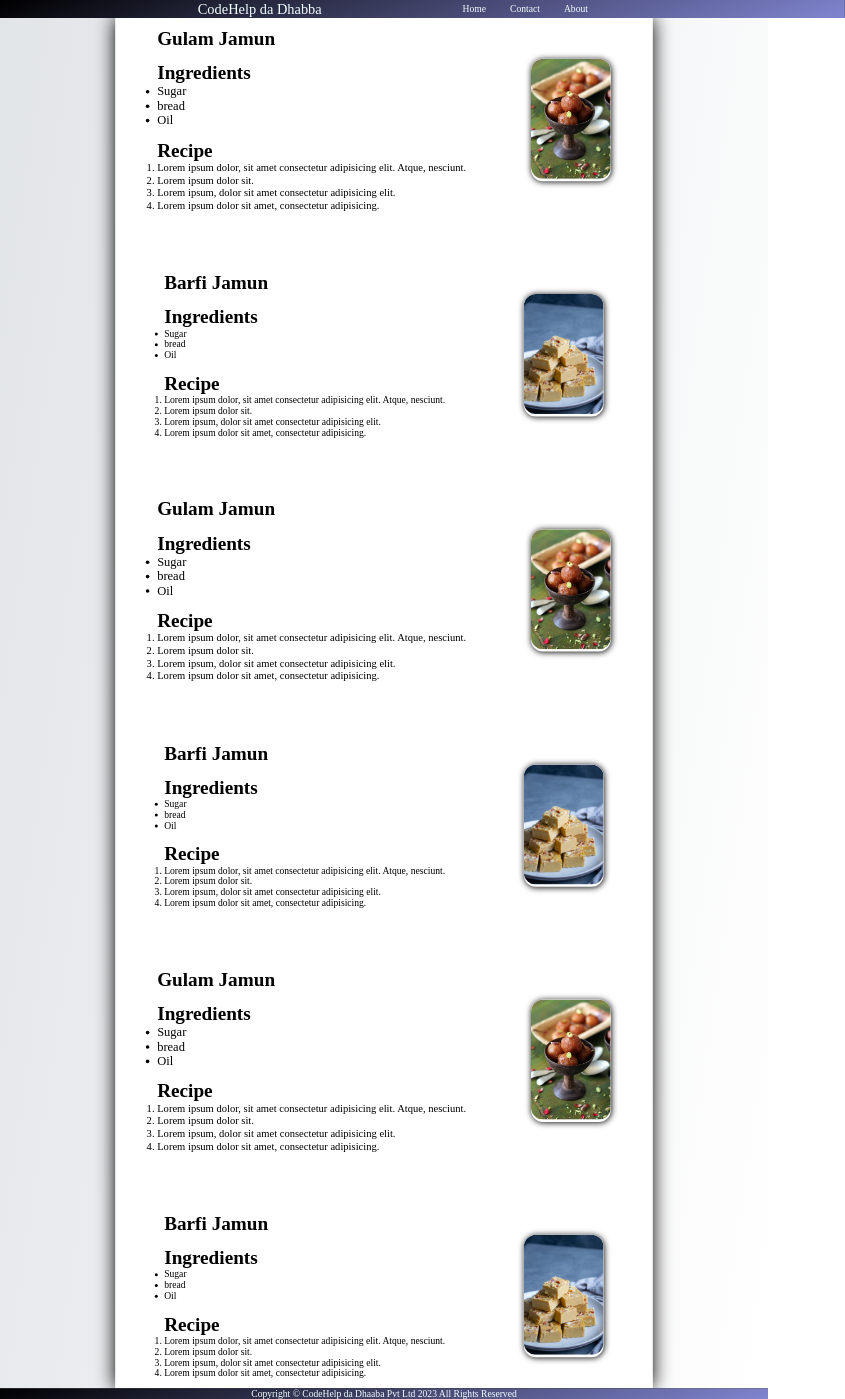
Repository: ssaddamhuss100/Recipe_Html_css
Page: index.html
An editor plug-in stored every save of this project. The page is shown before and after the next save, followed by the edit.
The browser window is 1280 px wide. The page is 1408 px wide, so the pictures cover 1408 px, including what lies to the right of the window. The pictures show the whole page, at 60% of full size.

Above is the page before, as saved 2024-12-12 10:56:50.

After the next save:
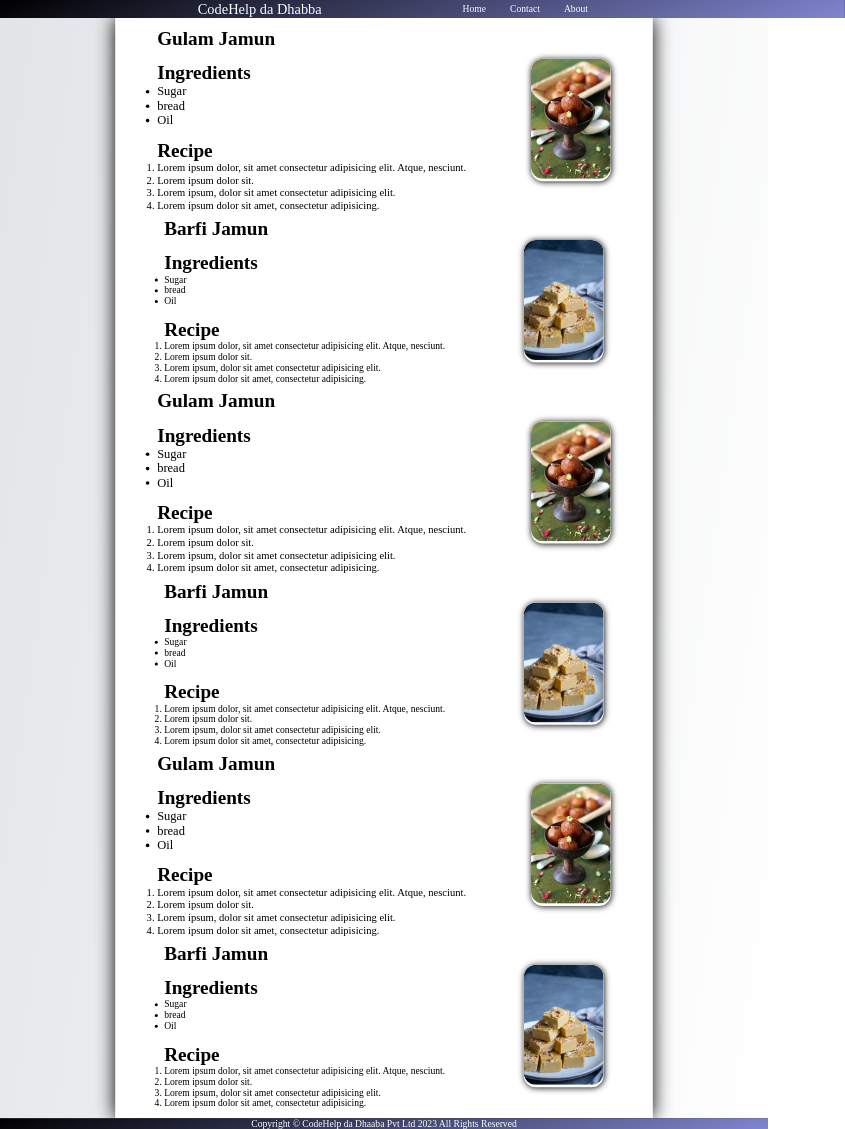
Saved 14 s later.
--- a/style.css
+++ b/style.css
@@ -77,7 +77,7 @@ footer{
     background-color: white;
     display: flex;
     flex-direction: column;
-    gap: 100px;
+    gap: 10px;
     padding: 1rem;
     box-shadow: 0px 0px 30px black;
 }
